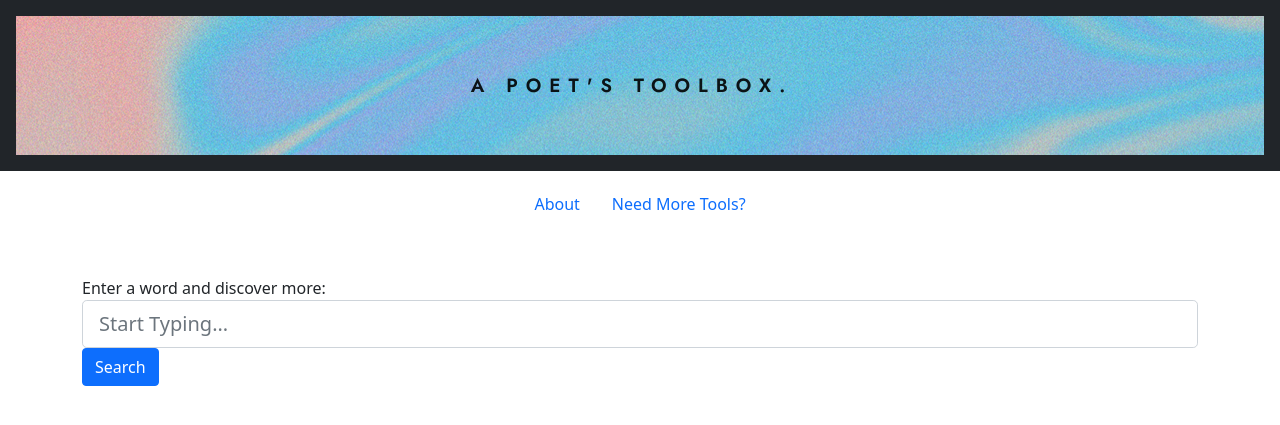
Repository: eezife-wustl/10-final-project-individual-eezife-wustl
Page: index.html
An editor plug-in stored every save of this project. The page is shown before and after the next save, followed by the edit.
The browser window is 1280 px wide. The pictures show the whole page.

Above is the page before, as saved 2021-12-03 20:04:26.

After the next save:
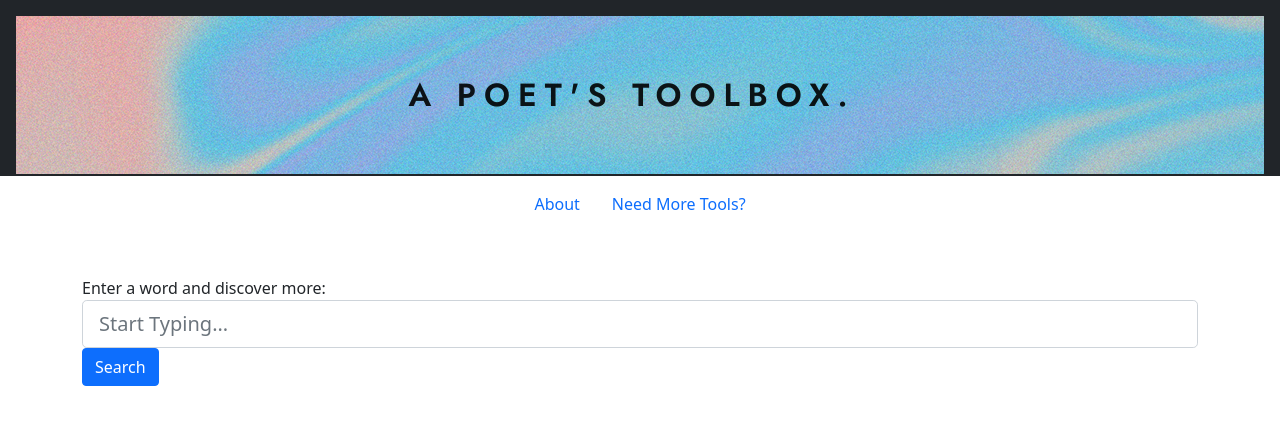
Saved 8 s later.
--- a/style.css
+++ b/style.css
@@ -38,7 +38,7 @@
 .navbar-brand {
     font-family: 'Jost Semi';
     letter-spacing: .5rem;
-    font-size: 1.2rem;
+    font-size: 2rem;
 }
 
 #poetsLink {
